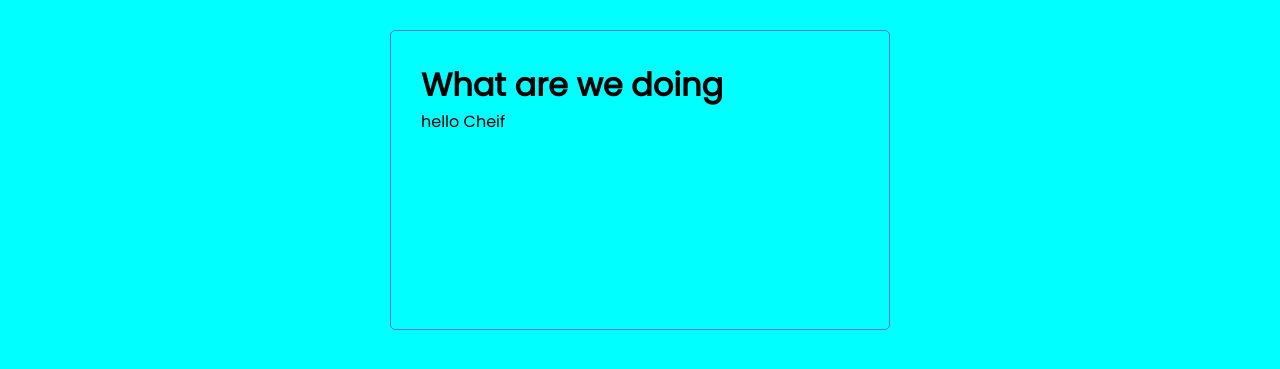
Repository: Jeffkw213/Learning_react
Page: / (app in myapp/)
The author's editor kept a copy of each file at every save. The page is drawn from the files as they stood at one save, then again after a run of saves.
The browser window is 1280 px wide. The pictures show the whole page.
The project was rebuilt for these pictures with package versions that can differ from the ones it lists, and the page was loaded fresh each time.

Above is the page before, as saved 2021-04-28 11:39:38.

After the next 2 saves:
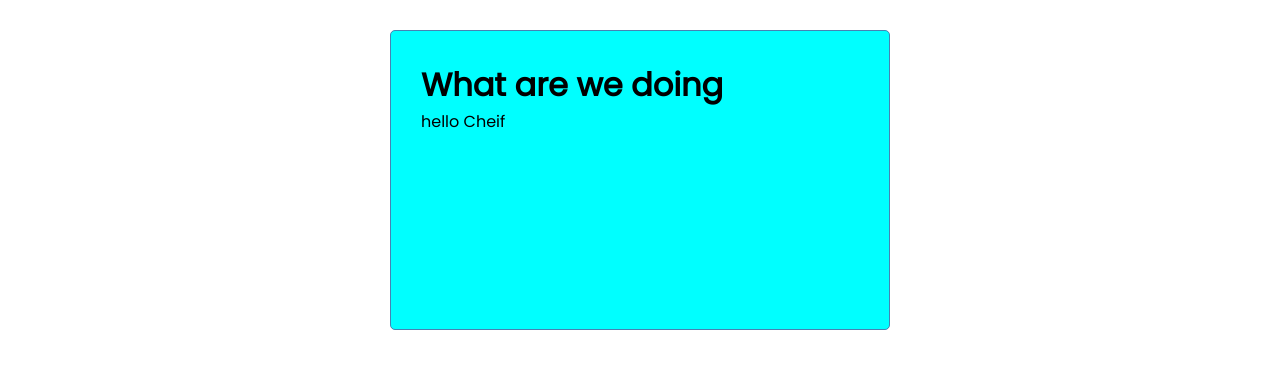
The 2 saves are shown as one change because they came seconds apart.
The last was saved 19 s later.
--- a/myapp/src/index.css
+++ b/myapp/src/index.css
@@ -8,7 +8,6 @@
 
 body {
   font-family: 'Poppins', sans-serif;
-  background-color: aqua;
 }
 
 .container {
@@ -19,6 +18,8 @@ body {
   border: 1px solid steelblue;
   padding: 30px;
   border-radius: 5px;
+  background-color: aqua;
+
 }
 
 .header {
